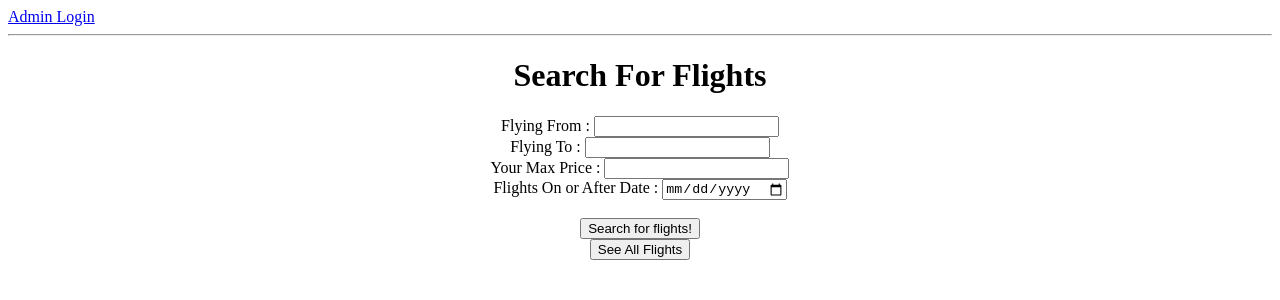
Repository: tuskhillare/FlyAway-1.0-
Page: http://localhost/FlyAway/
These files come from the project's save history. The page is drawn as it stood at one moment and after the next save; the edit follows.
The browser window is 1280 px wide. The pictures show the whole page.
The page is served by Tomcat 9. Other server files are loaded and not shown.

Above is the page before, as saved 2021-10-01 12:48:46.

### Source Code/FlyAway/src/main/webapp/index.jsp
<!DOCTYPE html>
<html>
<head>
<meta charset="UTF-8">
<title>Welcome To Fly Away Ticket Booking Portal</title>
</head>
<body>
	<a href="Login.jsp">Admin Login</a>
	<hr>
	<center>
	<h1>Search For Flights</h1>
	<form name="searchForFlights" method="GET" action="SearchFlights">
		Flying From : <input type="text" name="source"> <br/>
		Flying To : <input type="text" name="destination"> <br/>
		Your Max Price : <input type="number" name="price"> <br/>
		Flights On or After Date : <input type="date" name="date"> <br/>
		<br/>
		<input type="submit" value="Search for flights!">
	</form>
	<form name ="seeAllFlights" method="GET" action="SeeAllFlights">
		<input type="submit" value="See All Flights">
	</form>
	</center>
</body>
</html>

After the next save:
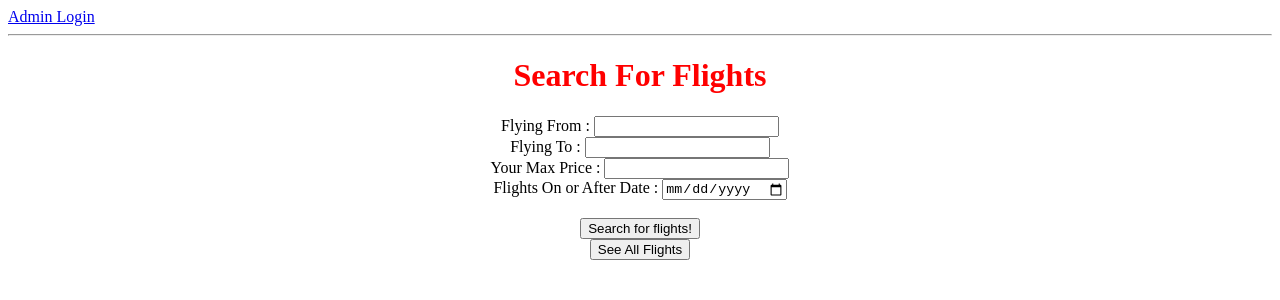
Saved 27 min 56 s later.
--- a/Source Code/FlyAway/src/main/webapp/index.jsp
+++ b/Source Code/FlyAway/src/main/webapp/index.jsp
@@ -1,6 +1,9 @@
 <!DOCTYPE html>
 <html>
 <head>
+<style type="text/css">
+h1{color:red;}
+</style>
 <meta charset="UTF-8">
 <title>Welcome To Fly Away Ticket Booking Portal</title>
 </head>
